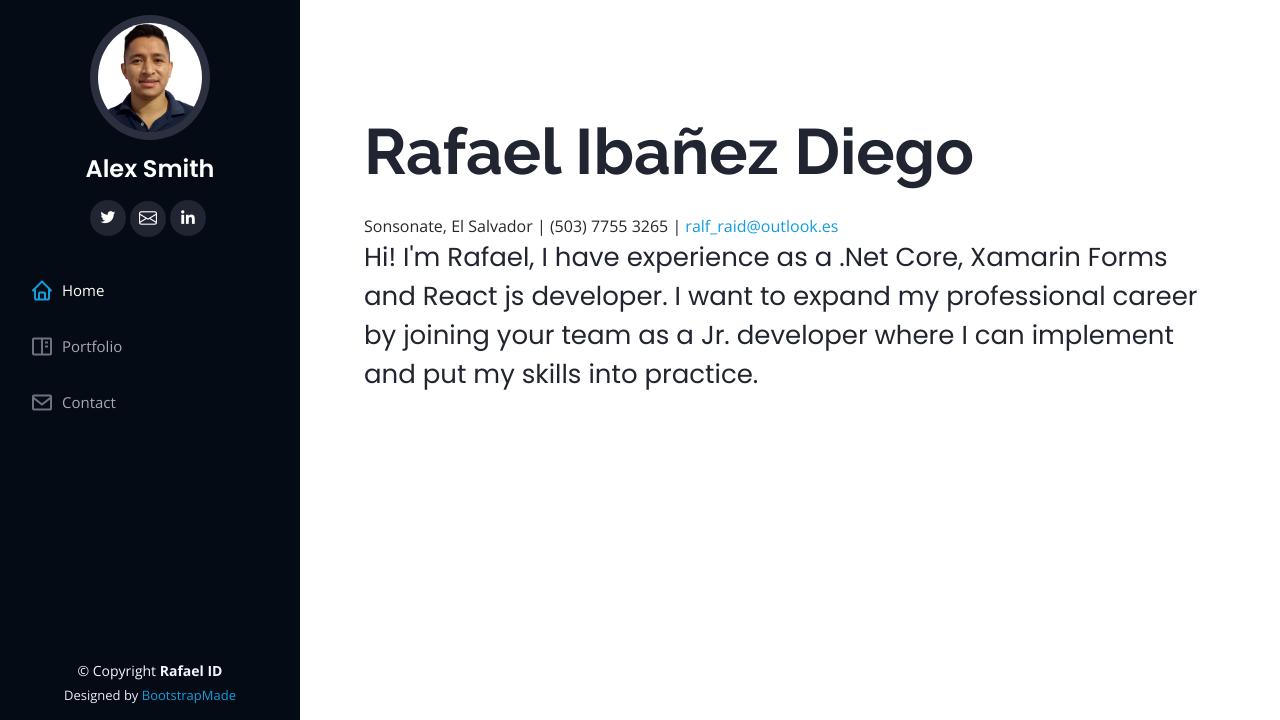
Repository: ralfId/myportfolio
Page: /
The author's editor kept a copy of each file at every save. The page is drawn from the files as they stood at one save, then again after a run of saves.
The browser window is 1280 px wide. The pictures show the whole page.
The project was rebuilt for these pictures with package versions that can differ from the ones it lists, and the page was loaded fresh each time. Also part of the build but not shown: src/data/projects.js, src/components/Projects/ProjectItem.js, src/components/Projects/ProjectIndex.js, src/helpers/ProjectById.js, src/components/Projects/ProjectDetail.js.

Above is the page before, as saved 2021-09-20 15:55:38.

After the next 2 saves:
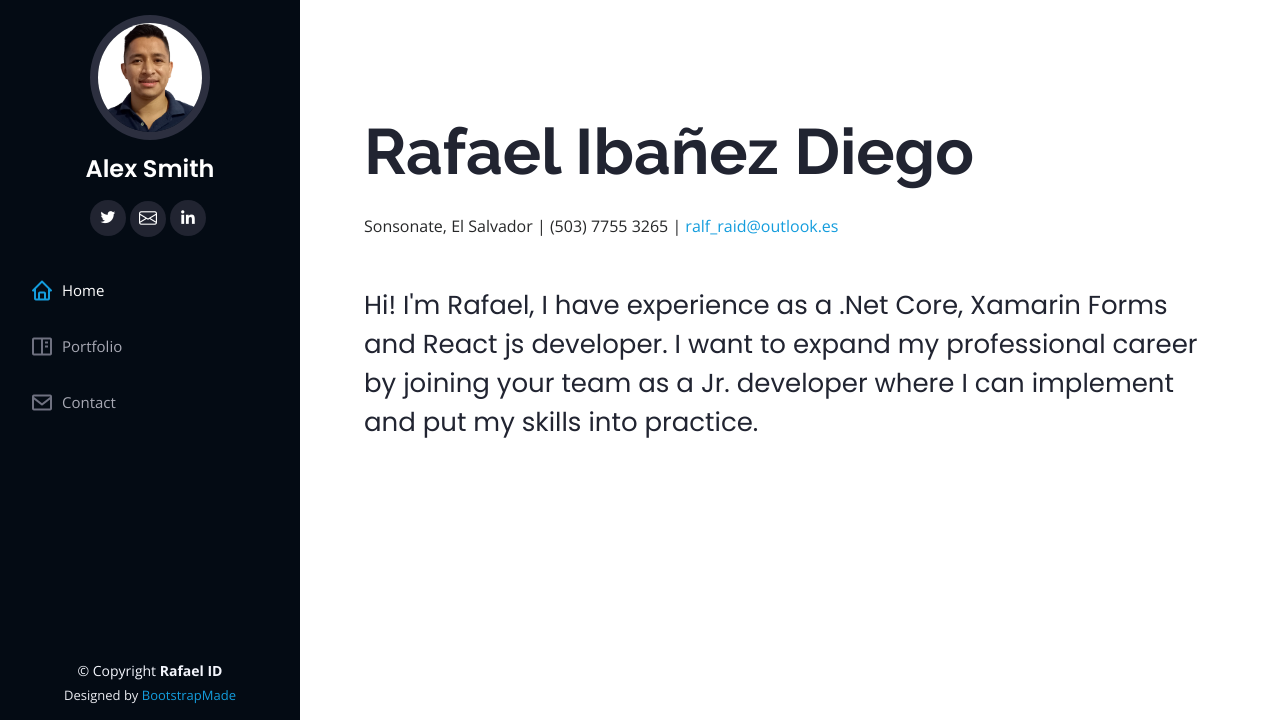
The 2 saves are shown as one change because they came seconds apart.
The last was saved 13 s later.
--- a/src/components/Home.js
+++ b/src/components/Home.js
@@ -16,7 +16,7 @@ export const Home = () => {
                     <span>
                         Sonsonate, El Salvador | (503) 7755 3265 | <a href="ralf_raid@outlook.es">ralf_raid@outlook.es</a>
                     </span>
-
+                    <br/><br/><br/>
                     <p>
                         Hi! I'm Rafael, I have experience as a .Net Core, Xamarin Forms and React js developer.
                         I want to expand my professional career by joining your team as a Jr. developer where
